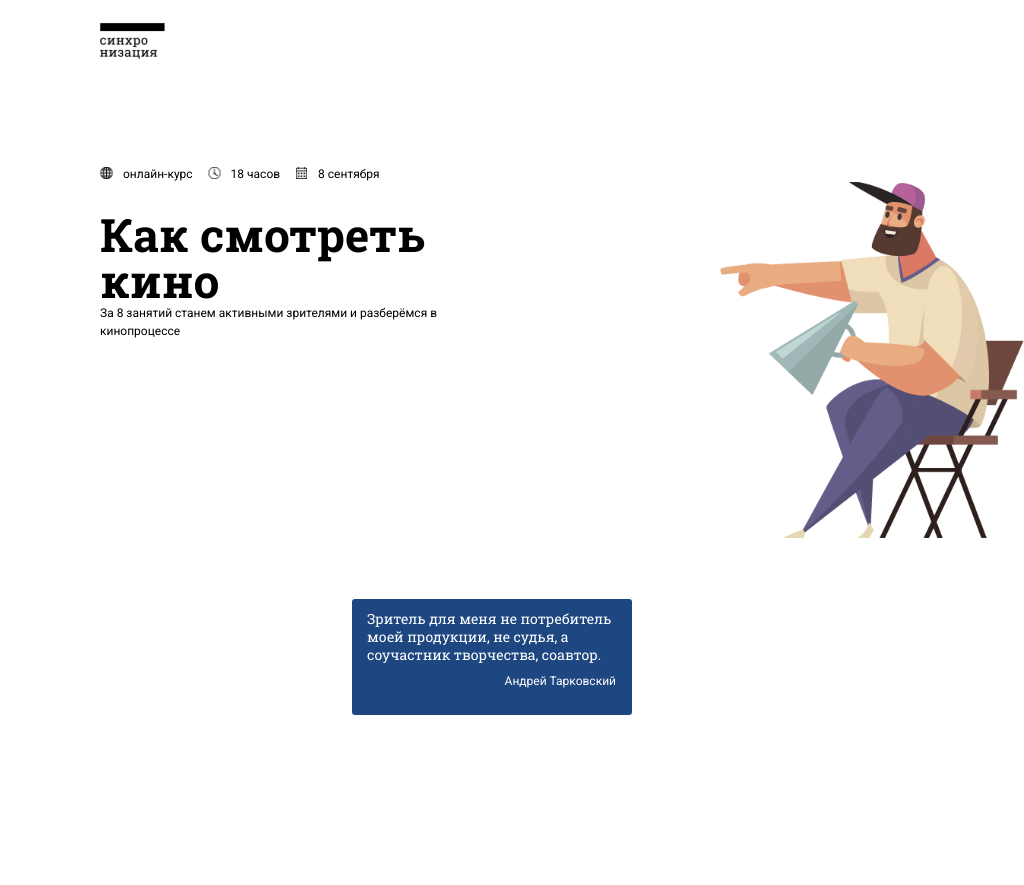
Repository: HeybetzadeQedim/task-2
Page: index.html
An editor plug-in stored every save of this project. The page is shown before and after the next save, followed by the edit.
The browser window is 1024 px wide. The pictures show the whole page.

Above is the page before, as saved 2023-10-04 16:09:00.

### index.html
<!DOCTYPE html>
<html lang="en">
  <head>
    <meta charset="UTF-8" />
    <meta name="viewport" content="width=device-width, initial-scale=1.0" />
    <title>Document</title>
    <link rel="stylesheet" href="./index.css" />
  </head>
  <body>
    <div class="main-container">
      <img src="./ımages/logo_mobile_black 1.svg" />
      <ul class="image-container">
        <li>
            <img src="./ımages/globe.svg" />
            <p>онлайн-курс</p>
        </li>
      <li>
        <img src="./ımages/img_135744.svg" />
        <p>18 часов</p>
      </li>

        <li>
            <img src="./ımages/calendar_2.svg" />
            <p>8 сентября</p>
        </li>
      </ul>
      <div class="flex-container">
        <div class="text-container">
          <h1>Как смотреть кино</h1>
          <p>
            За 8 занятий станем активными зрителями и разберёмся в кинопроцессе
          </p>
        </div>

          <img src="./ımages/noroot 1.svg" />

      </div>
      <div class="box">
        <p>
          Зритель для меня не потребитель моей продукции, не судья, а соучастник
          творчества, соавтор.
        </p>
        <p>Андрей Тарковский</p>
      </div>
    </div>
  </body>
</html>

### index.css
@import url("https://fonts.googleapis.com/css2?family=Roboto&family=Roboto+Slab:wght@400;700&display=swap");
* {
  margin: 0;
  padding: 0;
  box-sizing: border-box;
}
.main-container {
  padding: 21px 246px 173px 121px;
}
.main-container img:first-child {
  width: 112px;
  height: 66px;
}
.main-container .image-container {
  display: flex;
  margin-top: 100px;
}
.image-container li{
  margin-right: 15px;
  list-style-type: none;
  display: flex;
  align-items: center;
}
.image-container img:first-child {
  width: 22px;
  height: 21px;
}
.image-container img:nth-child(2) {
  width: 22px;
  height: 22px;
}
.image-container img:last-child {
  width: 20px;
  height: 22px;
}
.image-container p {
  color: #000;
  margin-left: 10px;
  margin-top: 4px;
  font-family: Roboto;
  font-size: 20px;
  font-style: normal;
  font-weight: 400;
  line-height: 115%;
}
.flex-container {
  display: flex;
  justify-content: space-between;
}
h1 {
  width: 628px;
  margin-top: 29px;
  color: #000;
  font-family: Roboto Slab;
  font-size: 80px;
  font-style: normal;
  font-weight: 700;
  line-height: 101.385%;
}
.text-container p {
  width: 414px;
  color: #000;
  font-family: Roboto;
  font-size: 20px;
  font-style: normal;
  font-weight: 400;
  line-height: 150%;
}

.image-box img:first-child {
  width: 304px;
  height: 356px;
  /* margin-left: 140px; */
}
.box {
  width: 484px;
  height: 200px;
  /* margin: 87px 0 173px 409px; */
  margin: auto;
  margin-top: 87px;
  border-radius: 5px;
  background: #1e4681;
  padding: 19px 27px 68px 26px;
}
.box p:first-child {
  width: 431px;
  color: #fff;
  font-family: Roboto Slab;
  font-size: 25px;
  font-style: normal;
  font-weight: 400;
  line-height: 130%;
}
.box p:last-child {
  color: #fff;
  text-align: right;
  font-family: Roboto;
  font-size: 20px;
  font-style: normal;
  font-weight: 400;
  line-height: 130%;
}

/* tablet style */
@media screen and (max-width: 1024px) {
  .main-container {
    padding: 22px 0 70px 100px ;
  }
  .main-container img:first-child {
    width: 64.867px;
    height: 38.225px;
  }
 . .image-container {
    margin-top: 56px;
  }
  .image-container img:first-child {
    width: 13px;
    height: 12px;
  }
  .image-container img:nth-child(2) {
    width: 13px;
    height: 13px;
  }
  .image-container img:last-child {
    width: 12px;
    height: 13px;
  }
  .image-container p {
    font-size: 12px;
  }
  h1 {
    font-size: 46px;
    width: 364px;
  }
  .text-container p {
    font-size: 12px;
  }
  .image-box img:first-child {
    width: 176px;
    height: 206px;
  }
  .box {
    width: 280px;
    height: 116px;
    border-radius: 3px;
    margin: 61px 0 100px 252px;
    padding: 11px 16px 4px 15px ;
  }
  .box p:first-child {
    width: 249px;
    font-size: 14px;
  }
  .box p:last-child {
    font-size: 12px;
    margin-top: 9px;
  }
}
/* mobile style */
@media screen and (max-width: 768px) {
  .main-container {
    padding: 36px 32px 75px 36px;
  }
  .main-container img:first-child {
    width: 52px;
    height: 31px;
  }
  .image-container {
    margin-top: 45px;
  }
  .image-container img:first-child {
    width: 10px;
    height: 10px;
  }
  .image-container img:nth-child(2) {
    width: 10px;
    height: 10px;
  }
  .image-container img:last-child {
    width: 9px;
    height: 10px;
  }
  .image-container p {
    font-size: 10px;
  }
  h1 {
    width: 293px;
    font-size: 37px;
  }
  .text-container p {
    font-size: 10px;
    width: 212px;
  }
  .image-box img:first-child {
    width: 142px;
    height: 166px;
  }
  .flex-container {
    flex-direction: column;
  }
  .box {
    width: 225px;
    height: 93px;
    margin: 48px 0 75px 38px;
  }
  .box p:first-child {
    width: 201px;
    font-size: 11px;
  }
  .box p:last-child {
    font-size: 10px;
  }
}

After the next save:
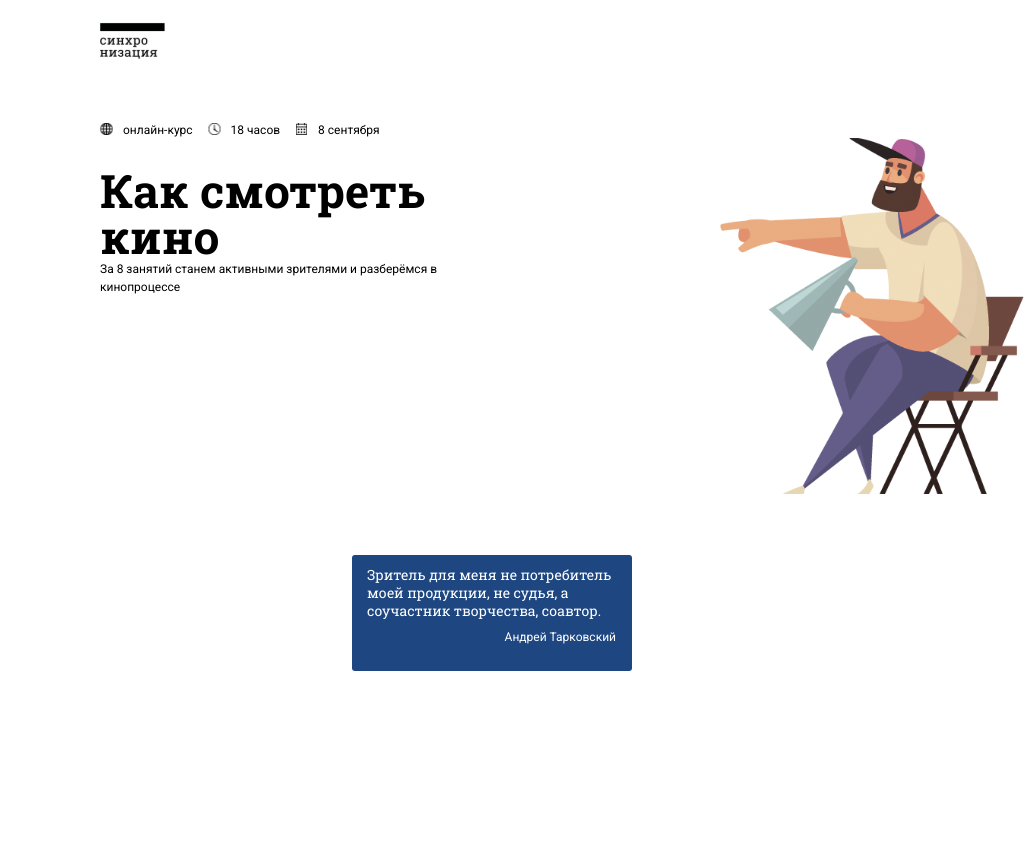
Saved 6 s later.
--- a/index.css
+++ b/index.css
@@ -110,7 +110,7 @@
     width: 64.867px;
     height: 38.225px;
   }
- . .image-container {
+ .main-container .image-container {
     margin-top: 56px;
   }
   .image-container img:first-child {
